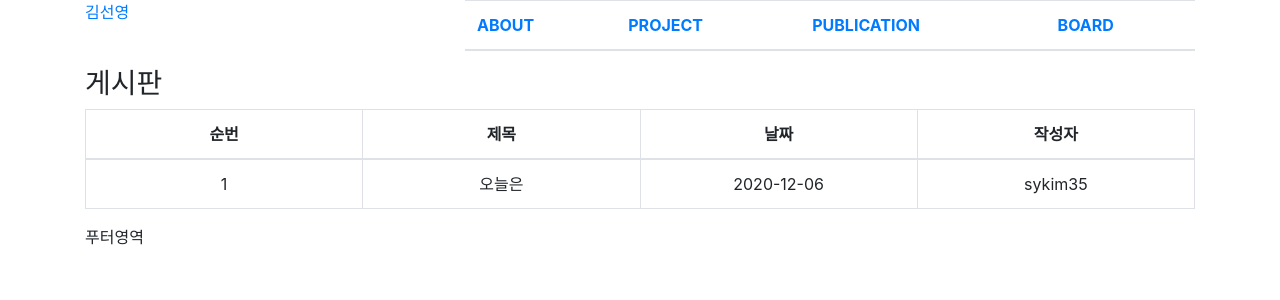
Repository: supremest35/web-projects
Page: http://localhost/noticeboard/board/list.jsp?pno=1
The author's editor kept a copy of each file at every save. The page is drawn from the files as they stood at one save, then again after the next save.
The browser window is 1280 px wide. The pictures show the whole page.
The page is served by Tomcat 9.

Above is the page before, as saved 2020-12-06 03:50:03.

After the next save:
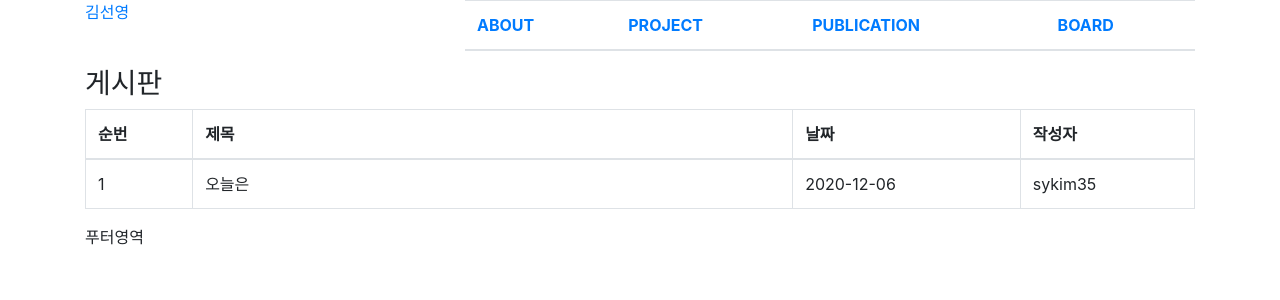
Saved 17 s later.
--- a/noticeboard/WebContent/board/list.jsp
+++ b/noticeboard/WebContent/board/list.jsp
@@ -11,10 +11,7 @@
   <script src="https://cdnjs.cloudflare.com/ajax/libs/popper.js/1.16.0/umd/popper.min.js"></script>
   <script src="https://maxcdn.bootstrapcdn.com/bootstrap/4.5.2/js/bootstrap.min.js"></script>
   <style>
-  	#table th, td {
-  		width:100px;
-  		text-align: center;
-  	}
+
   	#title {
   		width:600px;
   	}
